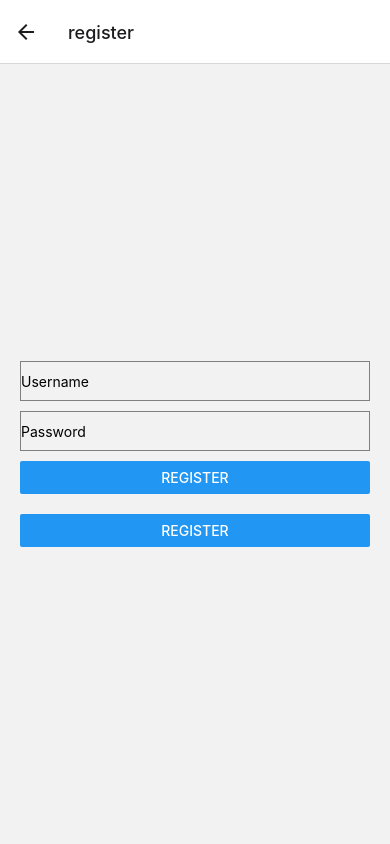
Repository: RidenShogunei/reactnative--make-an-app
Screen: /register (app in Myapp/)
These files come from the project's save history. The screen is drawn as it stood at one moment and after the next save; the edit follows.
The app was drawn by React Native's web renderer in a window 390 px wide. The project was rebuilt for these pictures with package versions that can differ from the ones it lists, and the page was loaded fresh each time.

Above is the screen before, as saved 2024-04-20 19:12:00.

After the next save:
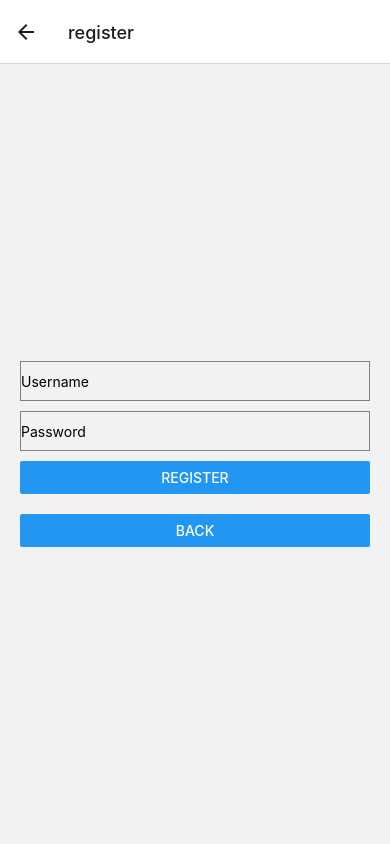
Saved 12 s later.
--- a/Myapp/pages/register.jsx
+++ b/Myapp/pages/register.jsx
@@ -32,7 +32,7 @@ const Register = () => {
     <View style={styles.buttonContainer}>
       <Button title="Register" onPress={handleRegister} />
       <View style={styles.spacingView}/>
-      <Button title="Register" onPress={() => navigation.navigate('register')}/>
+      <Button title="Back" onPress={() => navigation.navigate('register')}/>
     </View>
     </View>
   );
